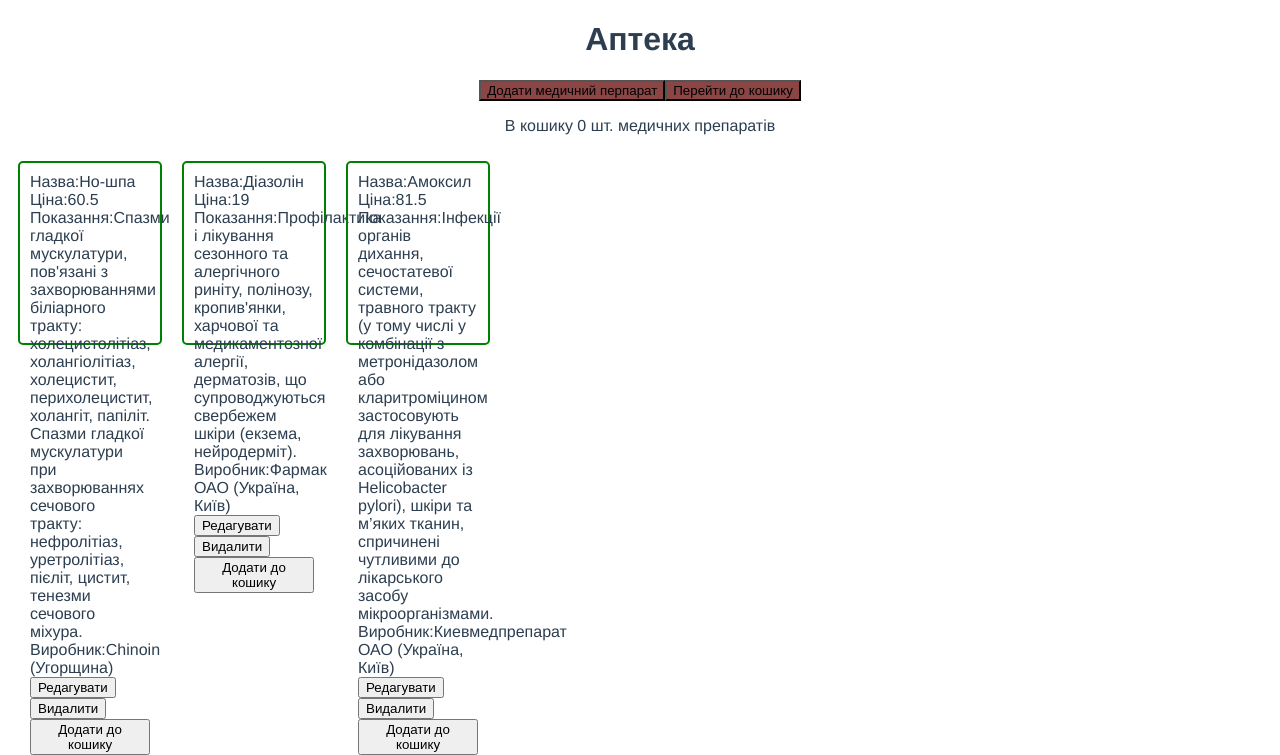
Repository: kristinap8/pharmacy
Page: /
The author's editor kept a copy of each file at every save. The page is drawn from the files as they stood at one save, then again after the next save.
The browser window is 1280 px wide. The pictures show the whole page.
The project was rebuilt for these pictures with package versions that can differ from the ones it lists, and the page was loaded fresh each time. Also part of the build but not shown: src/components/AddMedicineForm/index.vue, src/pages/AddMedicine/index.vue, src/components/EditMedicineForm/index.vue, src/pages/EditMedicine/index.vue, src/components/CartForm/index.vue, src/pages/Cart/index.vue.

Above is the page before, as saved 2020-12-10 02:20:49.

After the next save:
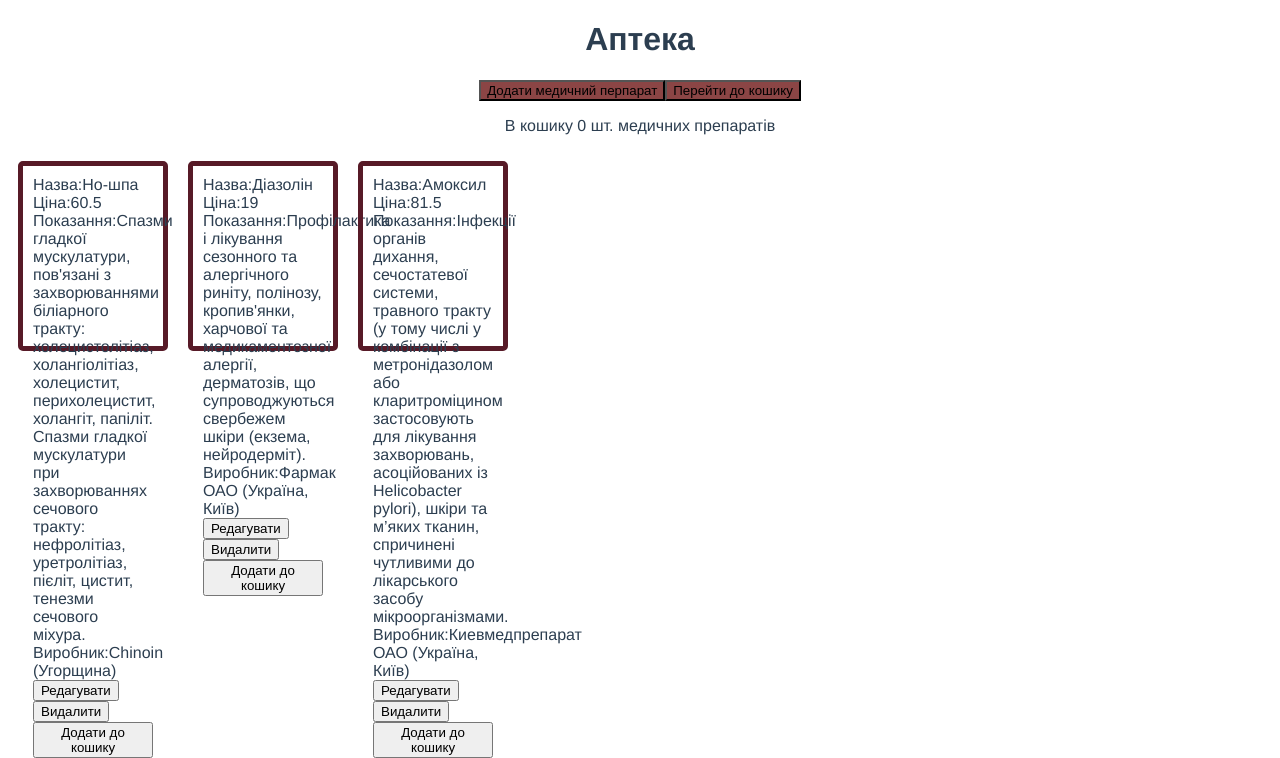
Saved 43 s later.
--- a/src/components/MedicinesList/MedicineCard/index.vue
+++ b/src/components/MedicinesList/MedicineCard/index.vue
@@ -59,7 +59,7 @@ import { mapActions } from 'vuex'
 .card-container{
   width: 120px;
   height: 160px;
-  border: 2px solid green;
+  border: 5px solid rgb(87, 26, 39);
   border-radius: 5px;
   padding: 10px;
   margin: 10px;
